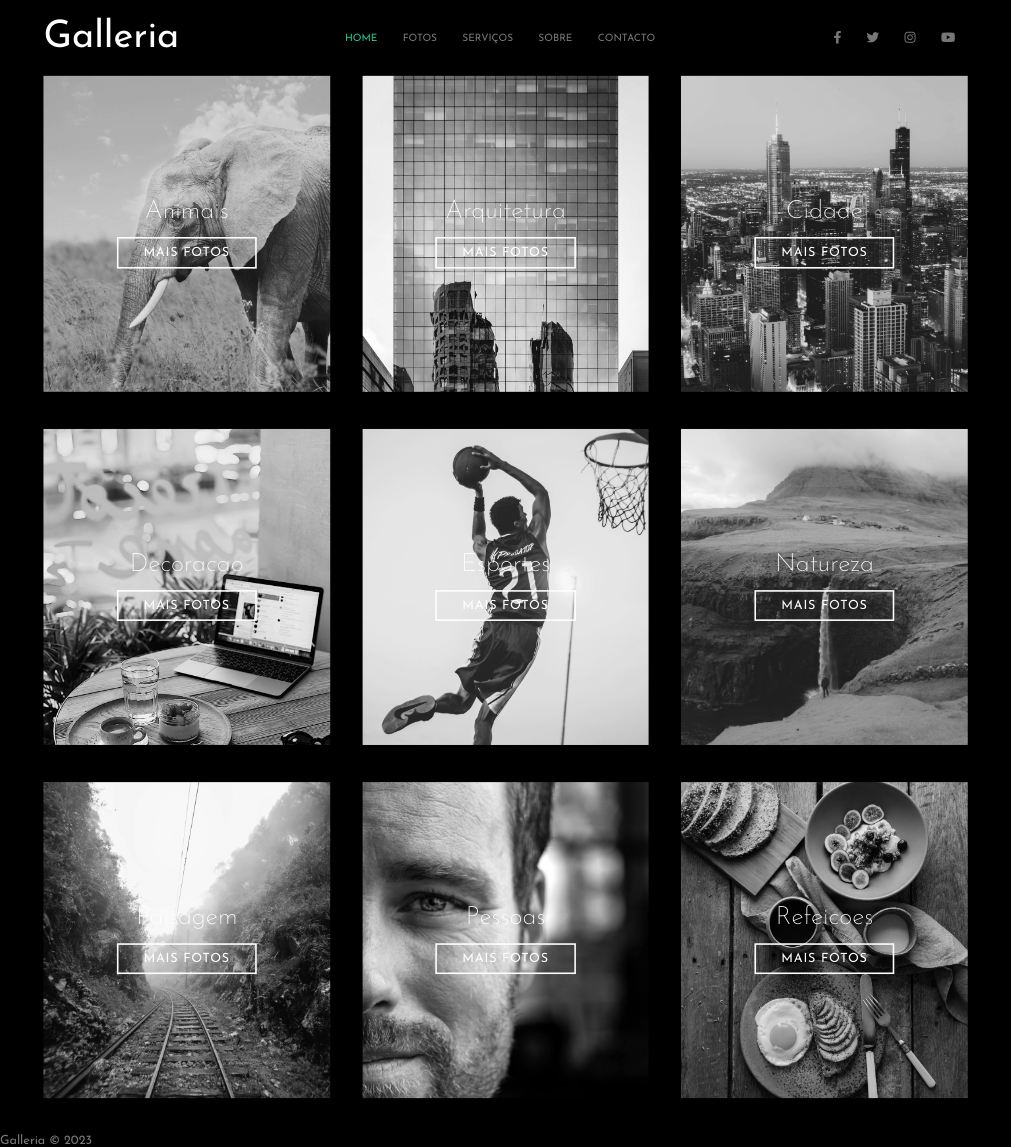
Repository: AghastyGD/gallery-sass
Page: index.html
An editor plug-in stored every save of this project. The page is shown before and after the next save, followed by the edit.
The browser window is 1280 px wide. The pictures show the whole page, at 79% of full size.
The style sheet was rebuilt from its Sass, Less or Tailwind sources for each picture, by a compiler version that may differ from the author's.

Above is the page before, as saved 2023-10-13 18:44:13.

After the next save:
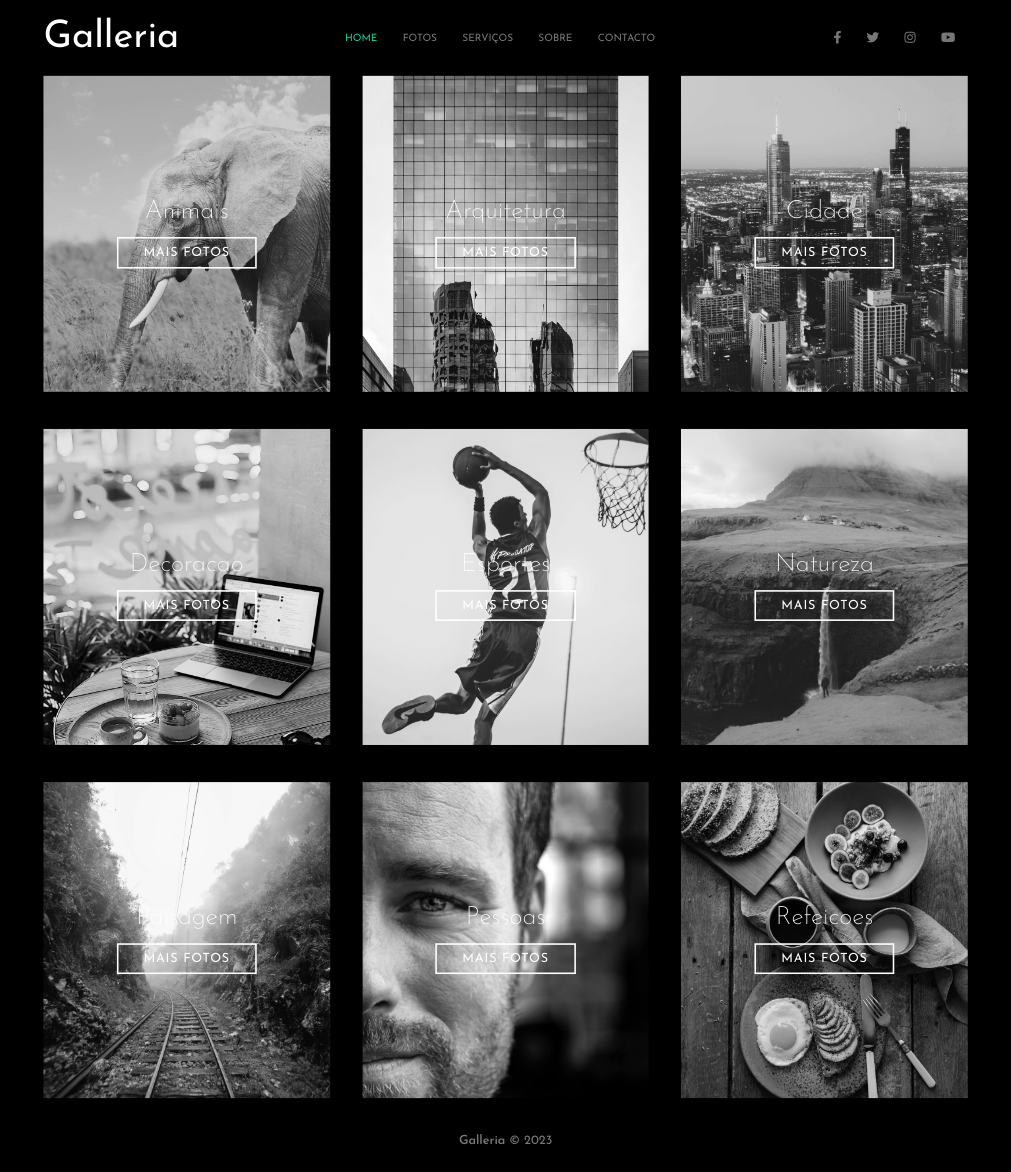
Saved 89 s later.
--- a/sass/styles.sass
+++ b/sass/styles.sass
@@ -119,3 +119,10 @@ body
 
   #card-9
     @include mixins.bg-img('refeicoes.jpg')
+
+footer
+  text-align: center
+  padding-bottom: 2rem
+
+  span
+    font-weight: bold
